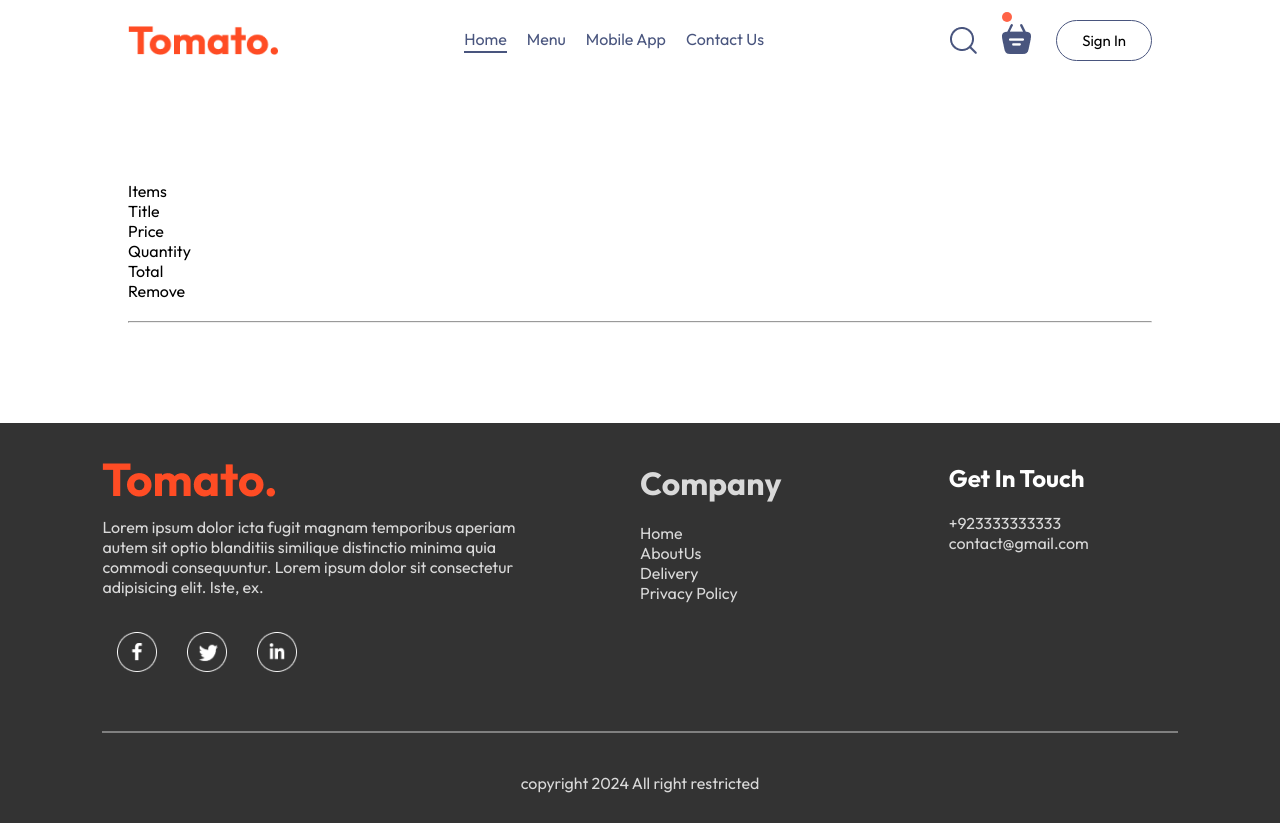
Repository: Attar786/Food-ordering-app
Page: /cart (app in frontend/)
The author's editor kept a copy of each file at every save. The page is drawn from the files as they stood at one save, then again after the next save.
The browser window is 1280 px wide. The pictures show the whole page.
The project was rebuilt for these pictures with package versions that can differ from the ones it lists, and the page was loaded fresh each time. Also part of the build but not shown: frontend/vite.config.js, frontend/src/components/Header/Header.css, frontend/src/components/Header/Header.jsx, frontend/src/components/ExploreMenu/ExploreMenu.css, frontend/src/components/ExploreMenu/ExploreMenu.jsx, frontend/src/components/FoodDisplay/FoodDisplay.css, frontend/src/components/FoodItem/FoodItem.css, frontend/src/components/FoodItem/FoodItem.jsx and 8 more.

Above is the page before, as saved 2024-07-30 15:09:58.

After the next save:
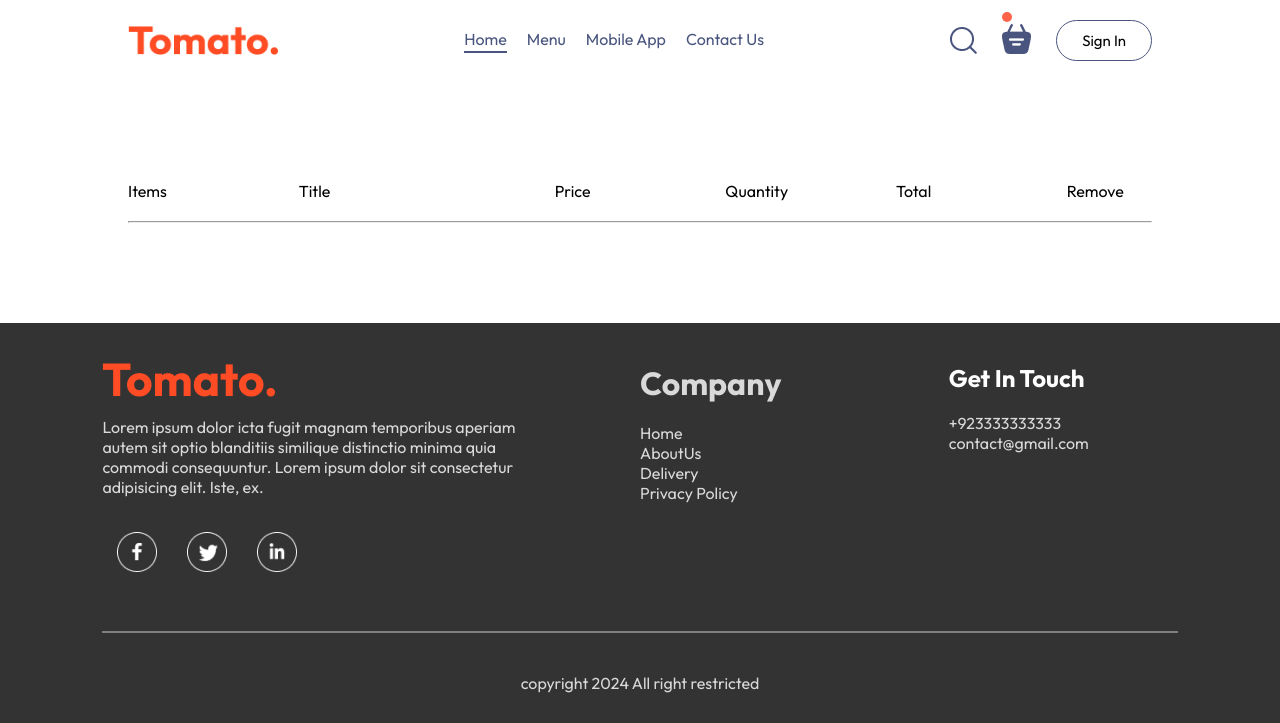
Saved 27 s later.
--- a/frontend/src/pages/Cart/Cart.css
+++ b/frontend/src/pages/Cart/Cart.css
@@ -3,5 +3,5 @@
 }
 .cart-item-title{
     display: grid;
-    -ms-grid-column: 1fr 1.5fr 1fr 1fr 1fr 0.5fr;
+    grid-template-columns:  1fr 1.5fr 1fr 1fr 1fr 0.5fr;
 }
